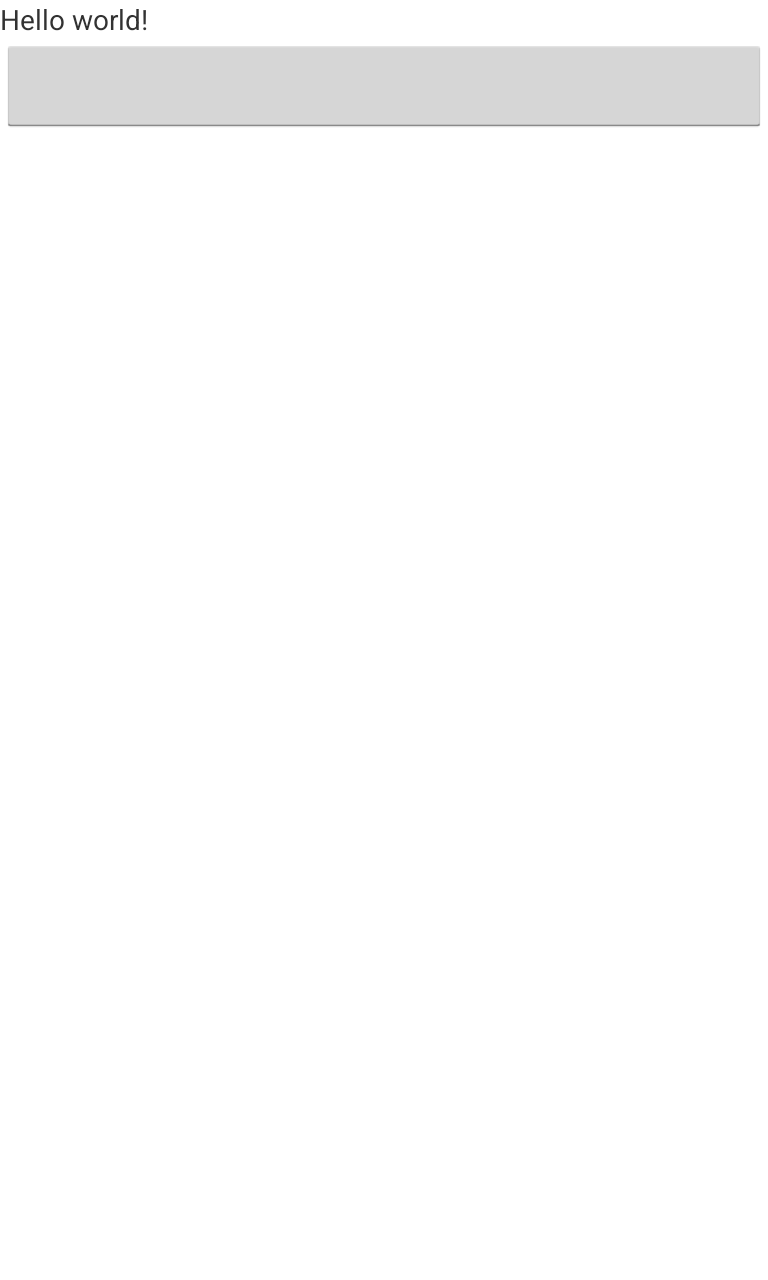
Repository: lafengmaker/androidlearn
Layout: Activity_03/res/layout/linearlayoutmain.xml
An editor plug-in stored every save of this project. The layout is shown before and after the next save, followed by the edit.
It is drawn on a 768 x 1280 px phone screen (xhdpi) without system bars, with theme AppTheme; the app's code is not run.

Above is the layout before, as saved 2013-09-23 13:25:22.

After the next save:
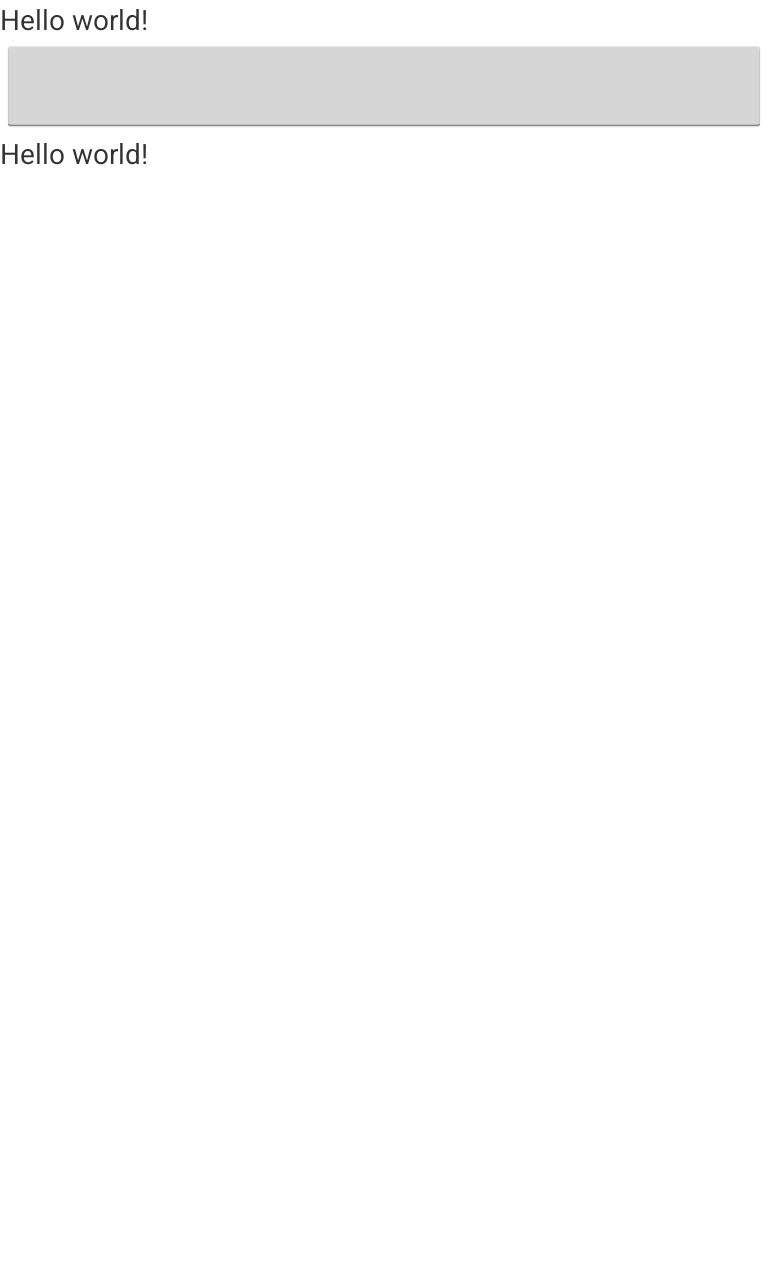
Saved 94 s later.
--- a/Activity_03/res/layout/linearlayoutmain.xml
+++ b/Activity_03/res/layout/linearlayoutmain.xml
@@ -12,5 +12,10 @@
 	    android:id="@+id/myButton"
 	    android:layout_width="fill_parent"
 	    android:layout_height="wrap_content"/>
+	 <TextView
+        android:id="@+id/mytestView"
+        android:layout_width="fill_parent"
+        android:layout_height="wrap_content"
+        android:text="@string/hello_world" />
 
 </LinearLayout>
